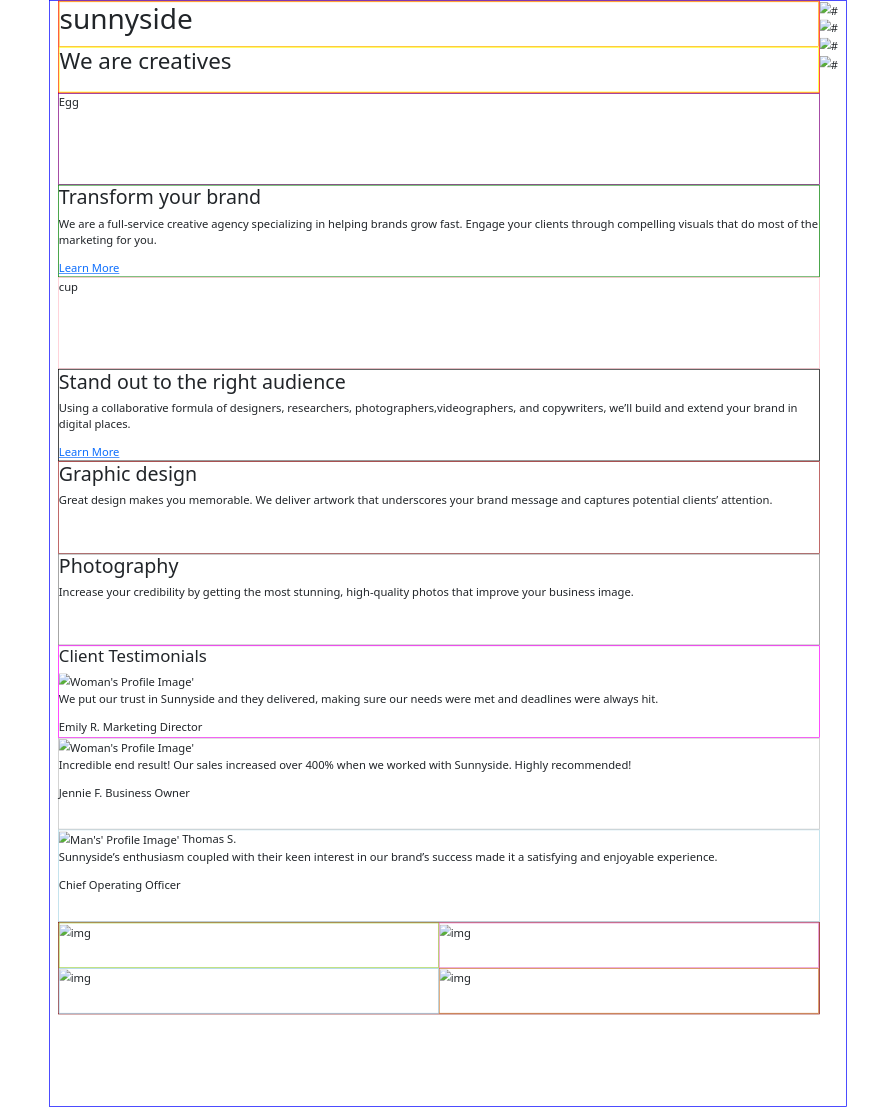
Repository: Roshanell/Sunny-Side-Agency
Page: index.html
An editor plug-in stored every save of this project. The page is shown before and after a run of saves, followed by the edit.
The browser window is 1280 px wide. The pictures show the part of the page from y = 0 to 1920 px (the page is 1581 px tall before and 2762 px after), at 70% of full size.

Above is the page before, as saved 2022-07-01 13:18:21.

### index.html
<!doctype html>
<html lang="en">

  <head>
    <meta charset="utf-8">
    <meta name="viewport" content="width=device-width, initial-scale=1">
    <title>Sunny Side Agency</title>
    <link href="https://cdn.jsdelivr.net/npm/bootstrap@5.2.0-beta1/dist/css/bootstrap.min.css" rel="stylesheet"
      integrity="sha384-0evHe/X+R7YkIZDRvuzKMRqM+OrBnVFBL6DOitfPri4tjfHxaWutUpFmBp4vmVor" crossorigin="anonymous">
    <link href="https://fonts.googleapis.com/icon?family=Material+Icons" rel="stylesheet">
    <link rel="stylesheet" href="css/style.css">
  </head>

  <body>
    <div class="container">
      <div class="homePage">
        <div class="header">
          <h1>sunnyside</h1>
        </div>
        <div class="homeContent">
          <h2>We are creatives</h2>
        </div>
      </div>

      <div class="eggArea">
        <p>Egg</p>
      </div>

      <div class="aboutUsInfo">
        <h3>
          Transform your brand
        </h3>
        <p>We are a full-service creative agency specializing in helping brands grow fast. Engage your clients through
          compelling visuals that do most of the marketing for you. </p>
        <span><a href="#">Learn More</a></span>
      </div>

      <div class="cupImage">
        <p>cup</p>
      </div>

      <div class="standOutInfo">
        <h3>Stand out to the right audience</h3>
        <p> Using a collaborative formula of designers, researchers,
          photographers,videographers, and copywriters, we’ll build and extend your brand in digital places. </p>

        <span><a href="#">Learn More</a></span>
      </div>
      <div class="graphicDesign">
        <h3> Graphic design</h3>
        <p>
          Great design makes you memorable. We deliver artwork that underscores your brand message and captures
          potential clients’ attention.
          <!-- background img with words overlay -->
        </p>
      </div>
      <div class="orangeImage">
        <h3>Photography</h3>
        <p> Increase your credibility by getting the most stunning, high-quality photos that improve your business
          image. </p>
        <!-- background img with words overlay -->
      </div>
      <div class="testimonialOne">
        <h4>Client Testimonials</h4>
        <img src="#" alt="Woman's Profile Image'">
        <p>We put our trust in Sunnyside and they delivered, making sure our needs were met and deadlines were always
          hit.</p>
        <span>Emily R.</span>
        <span>Marketing Director</span>
      </div>
      <div class="testimonialThree">
        <img src="#" alt="Man's' Profile Image'">
        <span>Thomas S.</span>
        <p>Sunnyside’s enthusiasm coupled with their keen interest in our brand’s success made it a satisfying and
          enjoyable experience.</p>
        <span>Chief Operating Officer</span>
      </div>
      <div class="testimonialTwo">
        <img src="#" alt="Woman's Profile Image'">
        <p>Incredible end result! Our sales increased over 400% when we worked with Sunnyside. Highly recommended!</p>
        <span>Jennie F.</span>
        <span>Business Owner</span>
      </div>
      <div class="fourImgs">
        <div class="imgOne">
          <img src="#" alt="img">
        </div>
        <div class="imgTwo">
          <img src="#" alt="img">
        </div>
        <div class="imgThree">
          <img src="#" alt="img">
        </div>
        <div class="imgFour">
          <img src="#" alt="img">
        </div>
      </div>

      <div class="footer">
        <!-- <h1>sunnyside</h1>
        <span>About</span>
        <span>ser</span>
        <span>About</span> -->
      </div>
      <div class="logo">
        <div class="fbIcon">
          <img src="#" alt="#">
        </div>
        <div class="igIcon">
          <img src="#" alt="#">
        </div>
        <div class="twitterIcon">
          <img src="#" alt="#">
        </div>
        <div class="pinterest">
          <img src="#" alt="#">
        </div>
      </div>
    </div>




    <!-- Home
Profile
About
Contacts
  -->




    <script src="https://cdn.jsdelivr.net/npm/bootstrap@5.2.0-beta1/dist/js/bootstrap.bundle.min.js"
      integrity="sha384-pprn3073KE6tl6bjs2QrFaJGz5/SUsLqktiwsUTF55Jfv3qYSDhgCecCxMW52nD2" crossorigin="anonymous"
      type="text/javascript" src="js/main.js">


      </script>

  </body>

</html>

### css/style.css
/* Box Model Hack */
* {
  -moz-box-sizing: border-box;
}

/* Clear fix hack */
.clearfix:after {
  content: ".";
  display: block;
  clear: both;
  visibility: hidden;
  line-height: 0;
  height: 0;
}

.clear {
  clear: both;
}

/******************************************
/* BASE STYLES
/*******************************************/





body {
}

/******************************************
/* LAYOUT
/*******************************************/
.container {
  border: solid 1px blue;
  display: grid;
  grid-template-columns: 1fr;
  grid-template-rows: 1fr 1fr 1fr 1fr 1fr 1fr 1fr 1fr 1fr 1fr 1fr 1fr;
  gap: 0px 0px;
  grid-auto-flow: column dense;
  grid-template-areas:
    "homePage"
    "eggArea"
    "aboutUsInfo"
    "cupImage"
    "standOutInfo"
    "graphicDesign"
    "orangeImage"
    "testimonialOne"
    "testimonialTwo"
    "testimonialThree"
    "fourImgs"
    "footer";
}

.homePage {
  border: solid 1px red;
  display: grid;
  grid-template-columns: 1fr;
  grid-template-rows: 1fr 1fr;
  gap: 0px 0px;
  grid-auto-flow: row;
  grid-template-areas:
    "header"
    "homeContent";
  grid-area: homePage;
}

.header {
  border: solid 1px orange;
  grid-area: header;
}

.homeContent {
  border: solid 1px yellow;
  grid-area: homeContent;
}

.eggArea {
  border: solid 1px purple;
  grid-area: eggArea;
}

.aboutUsInfo {
  border: solid 1px green;
  grid-area: aboutUsInfo;
}

.cupImage {
  border: solid 1px pink;
  grid-area: cupImage;
}

.standOutInfo {
  border: solid 1px black;
  grid-area: standOutInfo;
}

.graphicDesign {
  border: solid 1px brown;
  grid-area: graphicDesign;
}

.orangeImage {
  border: solid 1px gray;
  grid-area: orangeImage;
}

.testimonialOne {
  border: solid 1px fuchsia;
  grid-area: testimonialOne;
}

.testimonialThree {
  border: solid 1px lightblue;
  grid-area: testimonialThree;
}

.testimonialTwo {
  border: solid 1px silver;
  grid-area: testimonialTwo;
}

.fourImgs {
  border: solid 1px maroon;
  display: grid;
  grid-template-columns: 1fr 1fr;
  grid-template-rows: 1fr 1fr;
  gap: 0px 0px;
  grid-template-areas:
    "imgOne imgThree"
    "imgTwo imgFour";
  grid-area: fourImgs;
}

.imgOne {
  border: solid 1px yellowgreen;
}
.imgTwo {
  border: solid 1px rgb(228, 122, 199);
}
.imgThree {
  border: solid 1px rgb(158, 207, 232);
}
.imgFour {
  border: solid 1px rgb(205, 122, 50);
}

/* Fix the footer


.footer {
  border: solid 1px blue;
  display: grid;
  grid-auto-flow: column dense;
  grid-template-columns: 1fr 1fr 1fr;
  grid-template-rows: 1fr 1fr 1fr;
  gap: 0px 0px;
  grid-template-areas:
    ". logoName ."
    "about services projects"
    ". logo .";
  grid-area: footer;
}
.logoName {
  grid-area: logoName;
}
.about {
  grid-area: about;
}
.services {
  display: grid;
  grid-template-columns: 1fr 1fr 1fr;
  grid-template-rows: 1fr 1fr 1fr;
  gap: 0px 0px;
  grid-area: services;
}
.projects {
  grid-area: projects;
}
.logo {
  display: grid;
  grid-template-columns: 1fr 1fr 1fr 1fr;
  grid-template-rows: 1fr;
  gap: 0px 0px;
  grid-template-areas: "fbIcon igIcon twitterIcon pinterest";
  grid-area: logo;
}

.fbIcon {
  border: solid 1px silver;
  grid-area: fbIcon;
}
.igIcon {
  border: solid 1px red;
  grid-area: fbIcon;
}
.twitterIcon {
  border: solid 1px midnightblue;
  grid-area: twitterIcon;
}
.pinterest {
  border: solid 1px plum;
  grid-area: pinterest;
}

/******************************************
/* ADDITIONAL STYLES
/*******************************************/

After the next 2 saves:
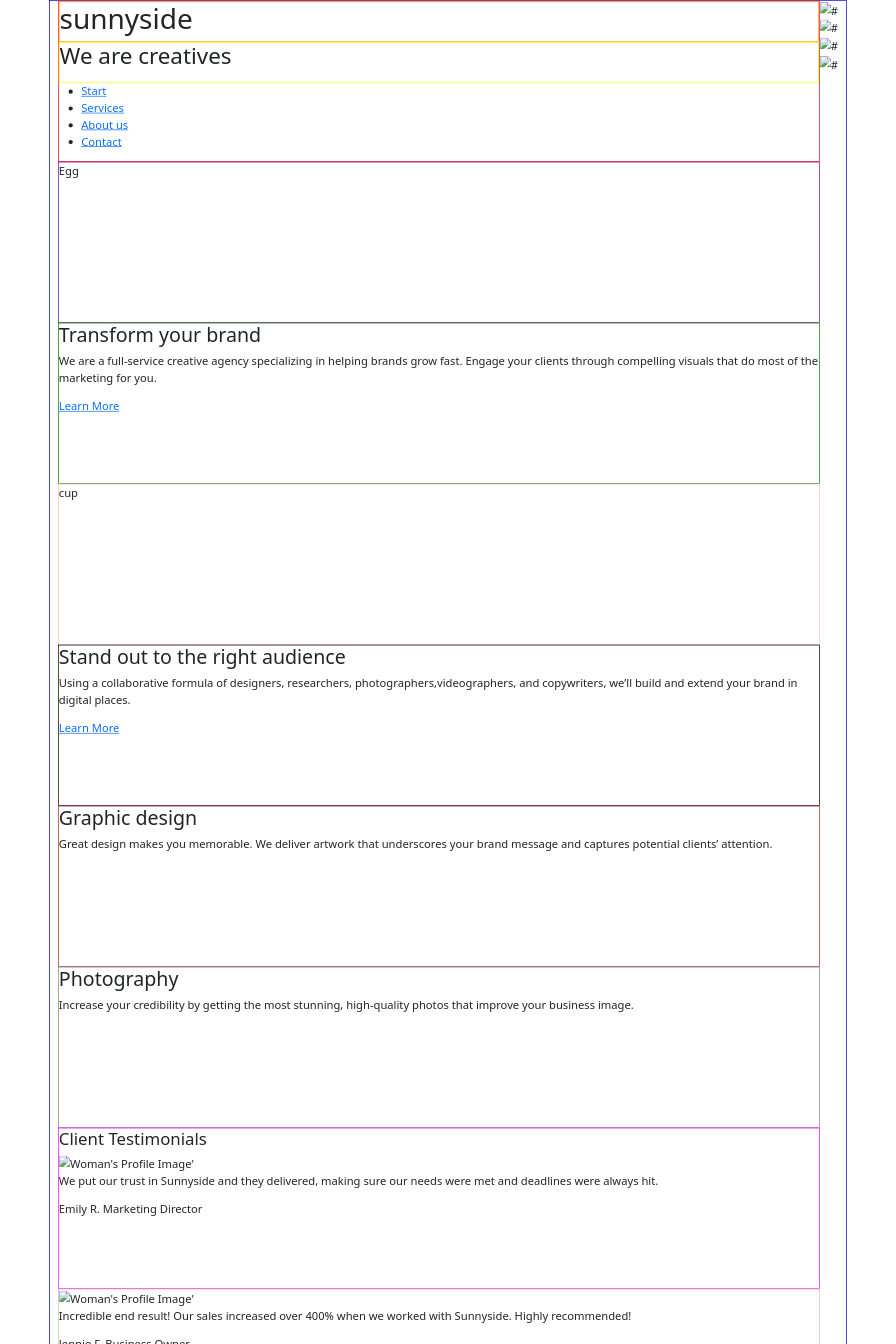
The 2 saves are shown as one change because they came seconds apart.
The last was saved 14 s later.
--- a/index.html
+++ b/index.html
@@ -17,6 +17,16 @@
         <div class="header">
           <h1>sunnyside</h1>
         </div>
+        <header>
+          <nav>
+            <ul>
+              <li><a href="#">Start</a></li>
+              <li><a href="#">Services</a></li>
+              <li><a href="#">About us</a></li>
+              <li><a href="#">Contact</a></li>
+            </ul>
+          </nav>
+        </header>
         <div class="homeContent">
           <h2>We are creatives</h2>
         </div>
